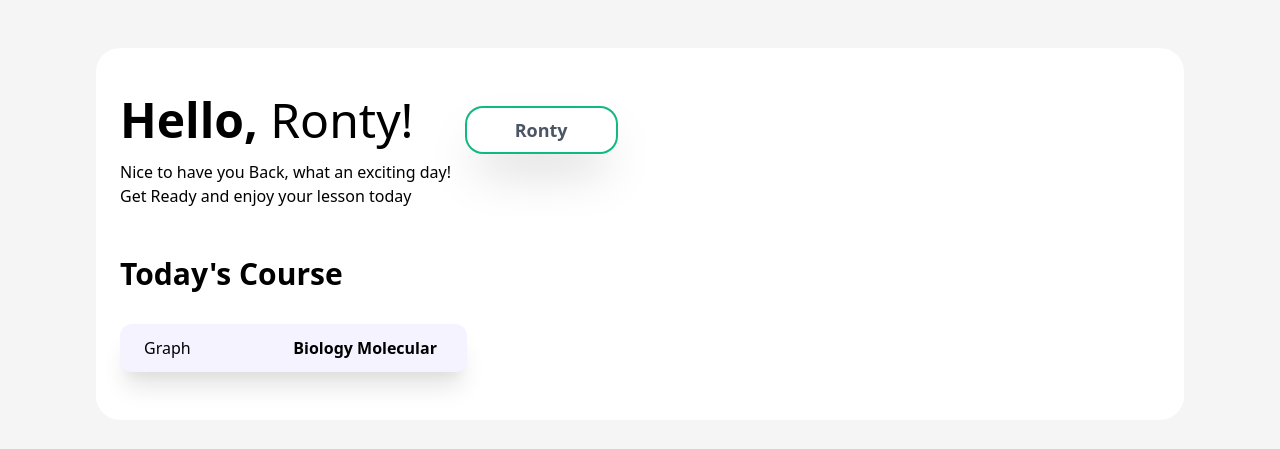
Repository: coolronts/Vite-Tailwind
Page: /
An editor plug-in stored every save of this project. The page is shown before and after the next save, followed by the edit.
The browser window is 1280 px wide. The pictures show the whole page.
The project was rebuilt for these pictures with package versions that can differ from the ones it lists, and the page was loaded fresh each time. Also part of the build but not shown: vite.config.js.

Above is the page before, as saved 2021-11-26 07:29:51.

### src/App.jsx
import './App.css'

import {Course, Intro} from './Section'
import { PrimaryButton, SecondaryButton } from './components/Button'

import {PrimaryCard} from './components/Card'
import SplitScreen from './components/SplitScreen'
import { useState } from 'react'

function App() {

  return (
    <div className="App bg-white my-12 mx-24 rounded-3xl px-6 py-12">
      <SplitScreen leftWeight = 'w-1/3'>
        <div id="left">
          <Intro/>
          <div id="course">
            <p className="text-3xl font-bold  font-sans mb-8">Today's Course</p>
            <PrimaryCard>
              <Course/>
            </PrimaryCard>
          </div>

        </div>

        <div id="right">
          <SecondaryButton name="Ronty"/>
        </div>


      </SplitScreen>
    </div>
  )
}

export default App

### src/Section/index.js
import Course from "./Course";
import Intro from "./Intro";

export { Intro, Course };

### src/components/Button/index.jsx
import React from 'react'

export const PrimaryButton = ({name}) =>{
  return (
    <button className="bg-green-500 px-12 py-2 ring-2 ring-green-500 text-white text-lg font-semibold shadow-2xl rounded-2xl mt-3">
      {name}
    </button>
  )
}

export const SecondaryButton = ({name}) =>{
  return (
    <button className="bg-white px-12 py-2 ring-2 ring-green-500 text-gray-600 text-lg font-semibold shadow-2xl rounded-2xl mt-3">
      {name}
    </button>
  )
}

### src/components/Card/index.jsx
import React from 'react'

export const PrimaryCard =({children})=> {
  return (
    <div className="bg-purple-50 py-3 px-6  rounded-xl shadow-xl">
      {children}
    </div>
  )
}

### src/components/SplitScreen/index.jsx
import PropTypes from 'prop-types'
import React from "react"
import tw from "tailwind-styled-components"

const Container = tw.div`${(props) => props.weight}`;

const Pane = tw.div`${(props) => props.weight}`;

const SplitScreen = ({
	children,
	containerWeight = 'flex w-full',
  leftWeight = 'w-1/2',
	rightWeight = 'w-1/2',
}) => {
	const [left, right] = children;
	return (
		<Container className={containerWeight}>
			<Pane className={leftWeight}>
				{left}
			</Pane>
			<Pane className={rightWeight}>
				{right}
			</Pane>
		</Container>
	);
}

export default SplitScreen

SplitScreen.propTypes = {
	children: PropTypes.arrayOf(PropTypes.node).isRequired,
	containerWeight: PropTypes.string,
	leftWeight: PropTypes.string,
	rightWeight: PropTypes.string,
}

### src/Section/Course/index.jsx
import React from 'react'
import SplitScreen from '../../components/SplitScreen'

export default function Course() {
  return (
    <SplitScreen>
      <div id="left">
        Graph
      </div>
      <div id="right">
        <h4 className="font-bold">Biology Molecular</h4>
      </div>
    </SplitScreen>
  )
}

### src/Section/Intro/index.jsx
import React from 'react'

export default function Intro({name}) {
  return (
    <div className="mb-12">
      <h3 className="text-5xl font-sans font-bold mb-4">Hello, <span className="font-light">Ronty!</span> </h3>
      <div className="font-semibold tracking-wide text-gray-500">

      </div>
      <h5>Nice to have you Back, what an exciting day!</h5>
      <h5>Get Ready and enjoy your lesson today</h5>
    </div>
  )
}

Loaded but not shown: index.html (common file); src/main.jsx (common file); src/index.css (common file); src/App.css (common file); tailwind.config.js (common file)

After the next save:
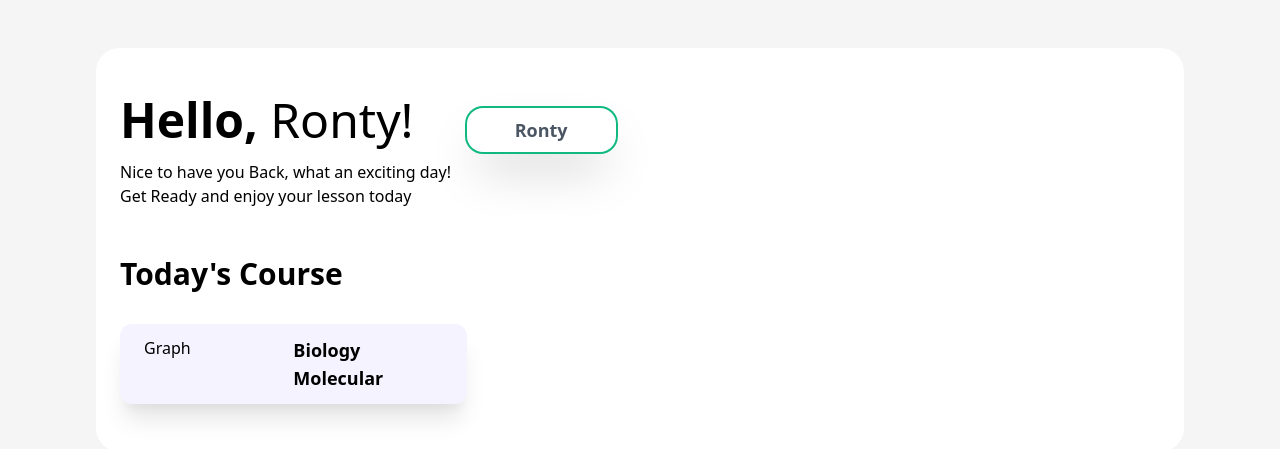
Saved 13 s later.
--- a/src/Section/Course/index.jsx
+++ b/src/Section/Course/index.jsx
@@ -8,7 +8,7 @@ export default function Course() {
         Graph
       </div>
       <div id="right">
-        <h4 className="font-bold">Biology Molecular</h4>
+        <h4 className="font-bold text-lg">Biology Molecular</h4>
       </div>
     </SplitScreen>
   )
